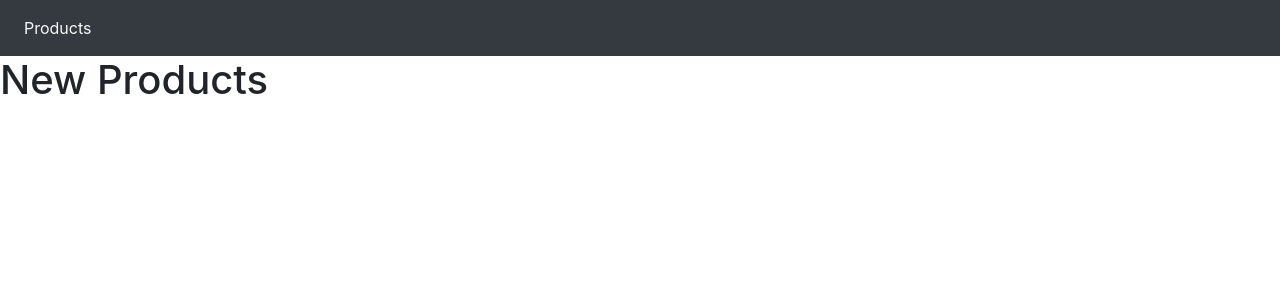
Repository: Aniksaha19/curd
Page: http://localhost/product/create
An editor plug-in stored every save of this project. The page is shown before and after a run of saves, followed by the edit.
The browser window is 1280 px wide. The pictures show the whole page.
The page is served by the project's Laravel application, run on PHP 8.4 with Laravel 10.

Above is the page before, as saved 2023-06-01 16:35:21.

After the next 2 saves:
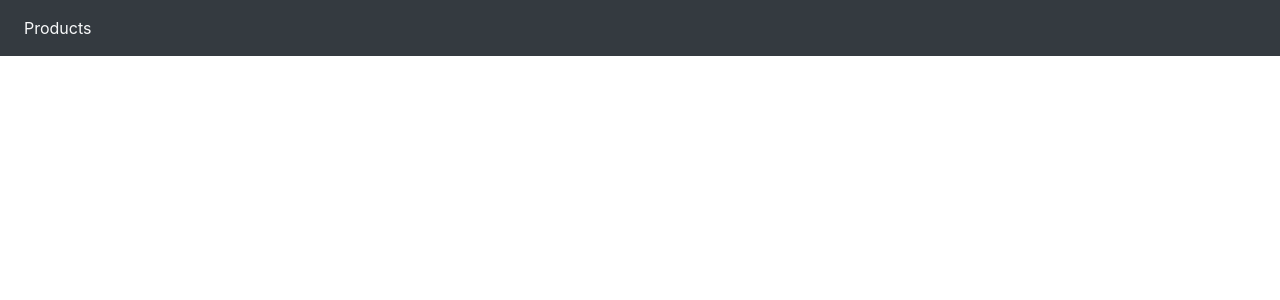
The 2 saves are shown as one change because they came seconds apart.
The last was saved 59 s later.
--- a/resources/views/products/create.blade.php
+++ b/resources/views/products/create.blade.php
@@ -20,7 +20,7 @@
                 </li>
             </ul>
         </nav>
-            <h1> New Products</h1>
+           <div class
         </div>
 </body>
 </html>
